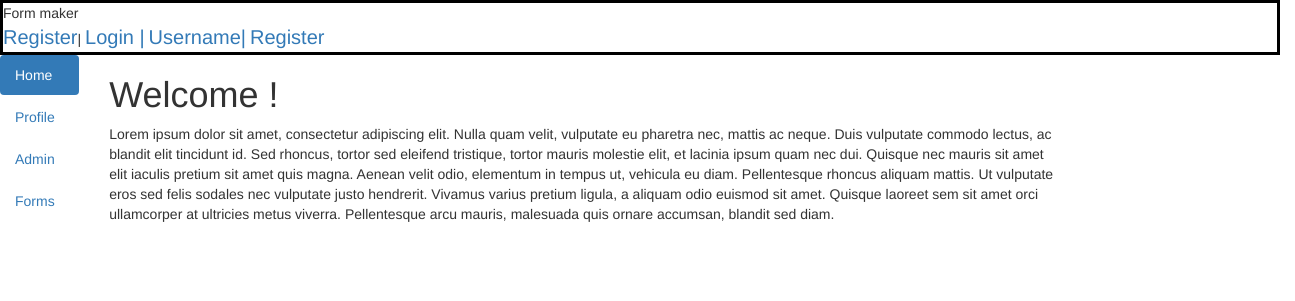
Repository: dishant8/Web-development
Page: public/WebDevWorkspace/experiment/WebContent/CSS/Bootstrap/Hometesthtml.html
An editor plug-in stored every save of this project. The page is shown before and after a run of saves, followed by the edit.
The browser window is 1280 px wide. The page is 1295 px wide, so the pictures cover 1295 px, including what lies to the right of the window. The pictures show the whole page.

Above is the page before, as saved 2015-09-30 21:42:23.

After the next 2 saves:
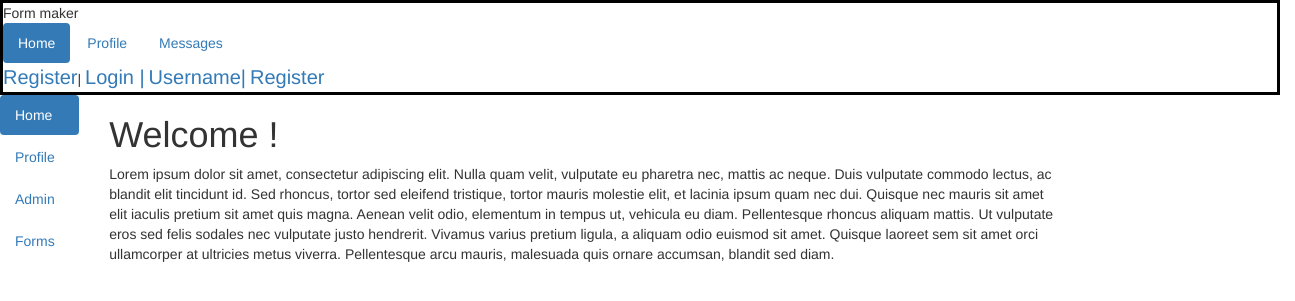
The 2 saves are shown as one change because they came seconds apart.
The last was saved 60 s later.
--- a/public/WebDevWorkspace/experiment/WebContent/CSS/Bootstrap/Hometesthtml.html
+++ b/public/WebDevWorkspace/experiment/WebContent/CSS/Bootstrap/Hometesthtml.html
@@ -14,6 +14,12 @@
 <body>
 	<div class="contain">
 		Form maker
+
+		<ul class="nav nav-pills">
+			<li role="presentation" class="active"><a href="#">Home</a></li>
+			<li role="presentation"><a href="#">Profile</a></li>
+			<li role="presentation"><a href="#">Messages</a></li>
+		</ul>
 
 		<div>
 			<a id="navigate" href="register.html">Register</a>| <a id="navigate"
@@ -35,19 +41,19 @@
 		</div>
 
 		<div class="col-xs-9">
-		<h1>Welcome !</h1>
-		<p>Lorem ipsum dolor sit amet, consectetur
-			adipiscing elit. Nulla quam velit, vulputate eu pharetra nec, mattis
-			ac neque. Duis vulputate commodo lectus, ac blandit elit tincidunt
-			id. Sed rhoncus, tortor sed eleifend tristique, tortor mauris
-			molestie elit, et lacinia ipsum quam nec dui. Quisque nec mauris sit
-			amet elit iaculis pretium sit amet quis magna. Aenean velit odio,
-			elementum in tempus ut, vehicula eu diam. Pellentesque rhoncus
-			aliquam mattis. Ut vulputate eros sed felis sodales nec vulputate
-			justo hendrerit. Vivamus varius pretium ligula, a aliquam odio
-			euismod sit amet. Quisque laoreet sem sit amet orci ullamcorper at
-			ultricies metus viverra. Pellentesque arcu mauris, malesuada quis
-			ornare accumsan, blandit sed diam.</p>
+			<h1>Welcome !</h1>
+			<p>Lorem ipsum dolor sit amet, consectetur adipiscing elit. Nulla
+				quam velit, vulputate eu pharetra nec, mattis ac neque. Duis
+				vulputate commodo lectus, ac blandit elit tincidunt id. Sed rhoncus,
+				tortor sed eleifend tristique, tortor mauris molestie elit, et
+				lacinia ipsum quam nec dui. Quisque nec mauris sit amet elit iaculis
+				pretium sit amet quis magna. Aenean velit odio, elementum in tempus
+				ut, vehicula eu diam. Pellentesque rhoncus aliquam mattis. Ut
+				vulputate eros sed felis sodales nec vulputate justo hendrerit.
+				Vivamus varius pretium ligula, a aliquam odio euismod sit amet.
+				Quisque laoreet sem sit amet orci ullamcorper at ultricies metus
+				viverra. Pellentesque arcu mauris, malesuada quis ornare accumsan,
+				blandit sed diam.</p>
 
 		</div>
 	</div>
